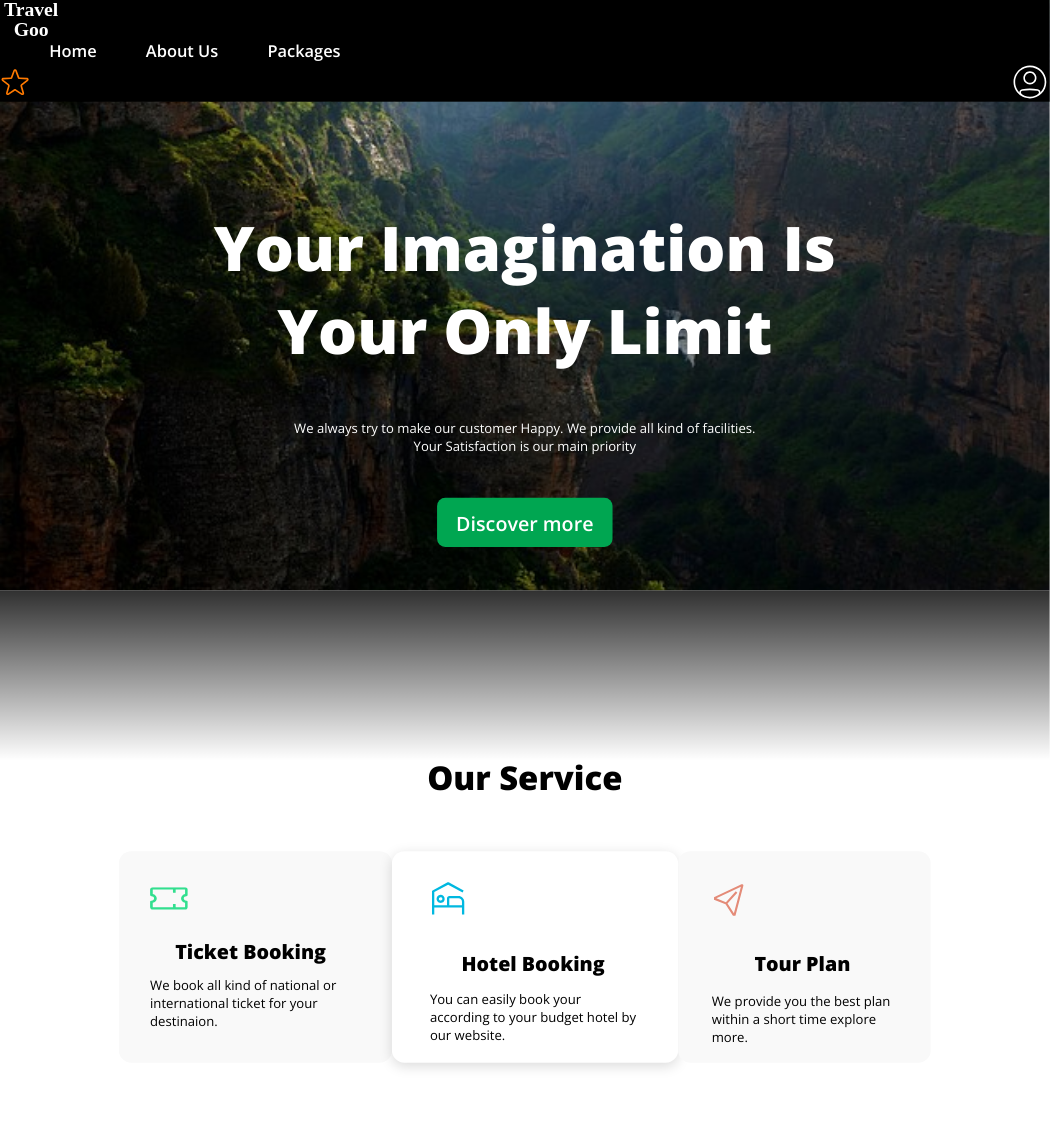
Repository: simralgasimov/back-project
Page: index.html
An editor plug-in stored every save of this project. The page is shown before and after the next save, followed by the edit.
The browser window is 1280 px wide. The pictures show the whole page, at 82% of full size.
Some web fonts or font styles are not loaded; a fallback is used.

Above is the page before, as saved 2023-09-27 13:26:00.

### index.html
<!DOCTYPE html>
<html lang="en">
  <head>
    <meta charset="UTF-8" />
    <meta name="viewport" content="width=device-width, initial-scale=1.0" />
    <title>Document</title>
    <link rel="stylesheet" href="./index.css" />
  </head>
  <body>
    <div class="container">
      <div class="navbar">
        <div class="logo">
          Travel
          <div>Goo</div>
        </div>
        <div class="menu">
          <ul>
            <li>Home</li>
            <li>About Us</li>
            <li>Packages</li>
          </ul>
        </div>
        <div class="icon">
          <div class="star">
            <img src="./clarity_favorite-line.svg" alt="" />
          </div>
          <div class="user">
            <img src="./healthicons_ui-user-profile-outline.svg" alt="" />
          </div>
        </div>
      </div>
<div class="container-1">
  <div class="box">
    <h1>Your Imagination Is Your Only Limit</h1>
  </div>

  <div class="text-box">
    <p>
      We always try to make our customer Happy. We provide all kind of
      facilities. Your Satisfaction is our main priority
    </p>
  </div>

  <div class="button"><a href="#">Discover more</a></div>
</div>
</div>

    <div class="container-2">
      <h2>Our Service</h2>
      <div class="services">
        <div class="ticket">
          <img src="./Vector.svg" alt="" />
          <h1>Ticket Booking</h1>
          <p>
            We book all kind of national or international ticket for your
            destinaion.
          </p>
        </div>
        <div class="hotel">
          <img src="./carbon_hotel.svg" alt="" />
          <h1>Hotel Booking</h1>
          <p>
            You can easily book your according to your budget hotel by our
            website.
          </p>
        </div>
        <div class="tour">
          <img src="./cil_paper-plane.svg" alt="" />
          <h1>Tour Plan</h1>
          <p>We provide you the best plan within a short time explore more.</p>
        </div>
      </div>
    </div>
  </body>
</html>

### index.css
@import url("https://fonts.googleapis.com/css2?family=Laila:wght@400;600;700&family=Open+Sans:wght@400;600;800&display=swap");
* {
  padding: 0;
  margin: 0;
  box-sizing: border-box;
}

.container {
  /* position: relative;
  z-index: 0; */
  /* padding: 32px 145px 63px 100px; */
  min-height: 100vh;
  width: auto;
  background-image: url("./canyon-1740973_640.jpg");
  background-repeat: no-repeat;
  background-size: 100% 100%;
}

.container .navbar {
  width: 100%;
  pa
  display: flex;
  justify-content: space-between;
  align-items: center;
  /* margin: auto; */
  position: fixed;
  top: 0;
  background-color: black;
}

.container .navbar .logo {
  width: 76px;
  color: #fff;
  text-align: center;
  font-family: Laila;
  font-size: 24px;
  font-style: normal;
  font-weight: 700;
  line-height: 102.5%; /* 24.6px */
}

.container .navbar .menu ul {
  list-style-type: none;
  display: flex;
}

.container .navbar .menu ul li {
  color: #fff;
  font-family: Open Sans;
  font-size: 20px;
  font-style: normal;
  font-weight: 600;
  line-height: normal;
  justify-content: space-between;
  margin-left: 60px;
}

.container .navbar .icon {
  display: flex;
  justify-content: space-between;
  align-items: center;
}

.container .navbar .icon .star {
  margin-right: 36px;
  width: 36px;
  height: 36px;
}
.container .navbar .icon .user {
  width: 48px;
  height: 48px;
}

.container .box {
  display: flex;
  justify-content: center;
  text-align: center;
}
.container .box h1 {
  width: 779px;
  color: #fff;
  text-align: center;
  font-family: Open Sans;
  font-size: 75px;
  font-style: normal;
  font-weight: 800;
  line-height: normal;
  margin-top: 250px;
}

.container .text-box {
  margin-top: 57px;
  display: flex;
  justify-content: center;
  text-align: center;
}
.container .text-box p {
  width: 568px;
  color: #fff;
  text-align: center;
  font-family: Open Sans;
  font-size: 16px;
  font-style: normal;
  font-weight: 400;
  line-height: normal;
}

.container .button {
  border: none;
  width: 214px;
  height: 60px;
  border-radius: 10px;
  background: #00a651;
  display: flex;
  margin: auto;
  margin-top: 52px;
}

.container .button a {
  /* display: flex;
    justify-content: center;
    text-align: center;
    align-items: center; */
  margin: auto;
  text-decoration: none;
  color: #fff;
  text-align: center;
  font-family: Open Sans;
  font-size: 24px;
  font-style: normal;
  font-weight: 600;
  line-height: normal;
}

.container-2 {
  padding: 200px 145px 88px 145px;
  background: linear-gradient(
    180deg,
    rgba(0, 0, 0, 0.81) 0%,
    rgba(72, 72, 72, 0) 31.25%,
    rgba(158, 158, 158, 0) 77.6%,
    #fff 85.42%
  );
}

.container-2 h2 {
  margin-bottom: 63px;
  /* display: flex;
        text-align: center;
        justify-content: center; */
  color: #000;
  text-align: center;
  font-family: Open Sans;
  font-size: 40px;
  font-style: normal;
  font-weight: 700;
  line-height: normal;
}

.container-2 .services {
  display: flex;
  /* margin: auto; */
  justify-content: space-between;
}

.container-2 .services .ticket {
  padding: 44px 50px 20px 38px;
  /* width: 416px;
height: 232px; */
  border-radius: 15px;
  background: #f9f9f9;
}

.container-2 .services .ticket h1 {
  margin-top: 30px;
  margin-bottom: 13px;
  color: #000;
  text-align: center;
  font-family: Open Sans;
  font-size: 24px;
  font-style: normal;
  font-weight: 700;
  line-height: normal;
}

.container-2 .services .ticket p {
  color: #000;
  font-family: Open Sans;
  font-size: 16px;
  font-style: normal;
  font-weight: 400;
  line-height: normal;
}

.container-2 .services .hotel {
  padding: 35px 51px 20px 46px;
  border-radius: 15px;
  background: #fff;
  box-shadow: 0px 4px 16px 0px rgba(0, 0, 0, 0.15);
}

.container-2 .services .hotel h1 {
  margin-top: 36px;
  margin-bottom: 16px;
  color: #000;
  text-align: center;
  font-family: Open Sans;
  font-size: 24px;
  font-style: normal;
  font-weight: 700;
  line-height: normal;
}

.container-2 .services .hotel p {
  color: #000;
  font-family: Open Sans;
  font-size: 16px;
  font-style: normal;
  font-weight: 400;
  line-height: normal;
}

.container-2 .services .tour {
  padding: 39px 46px 20px 41px;
  border-radius: 15px;
  background: #f9f9f9;
}

.container-2 .services .tour h1 {
  margin-top: 36px;
  margin-bottom: 19px;
  color: #000;
  text-align: center;
  font-family: Open Sans;
  font-size: 24px;
  font-style: normal;
  font-weight: 700;
  line-height: normal;
}
.container-2 .services .tour p {
  color: #000;
  font-family: Open Sans;
  font-size: 16px;
  font-style: normal;
  font-weight: 400;
  line-height: normal;
}

After the next save:
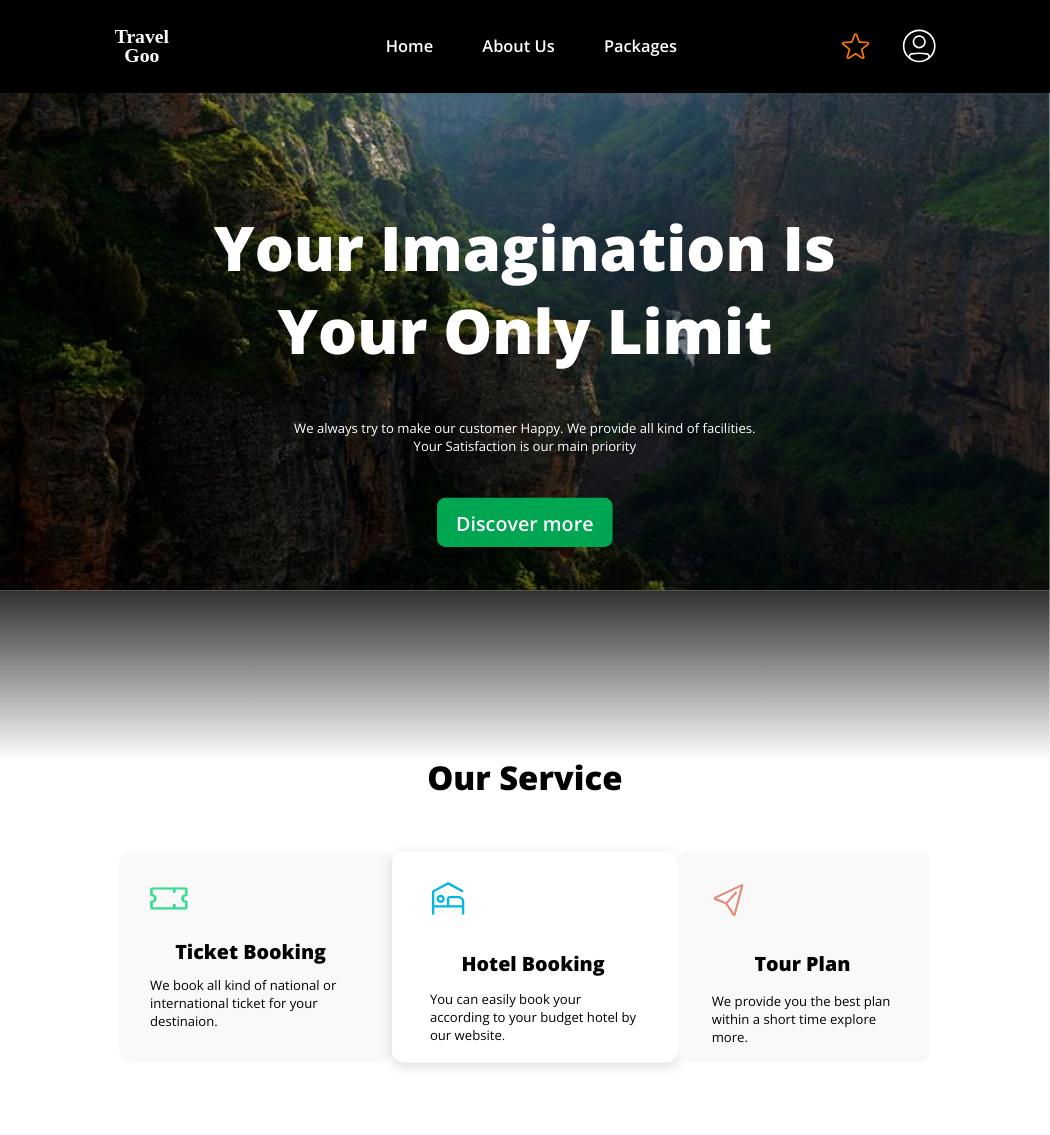
Saved 5 s later.
--- a/index.css
+++ b/index.css
@@ -18,7 +18,7 @@
 
 .container .navbar {
   width: 100%;
-  pa
+  padding: 32px 135px;
   display: flex;
   justify-content: space-between;
   align-items: center;
